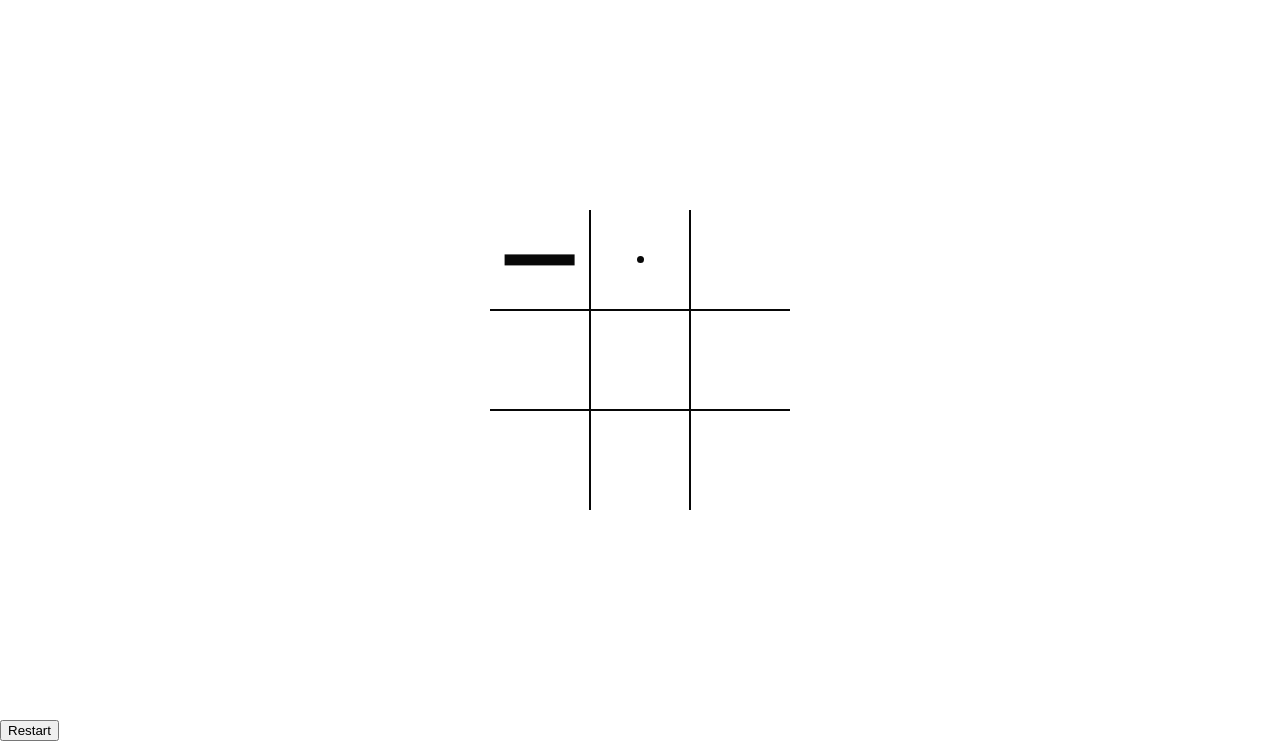
Repository: kkyler24/MCLA
Page: devFiles/TictactoeFiles/ticTacToe.html
An editor plug-in stored every save of this project. The page is shown before and after the next save, followed by the edit.
The browser window is 1280 px wide. The pictures show the whole page.

Above is the page before, as saved 2020-04-17 13:40:43.

After the next save:
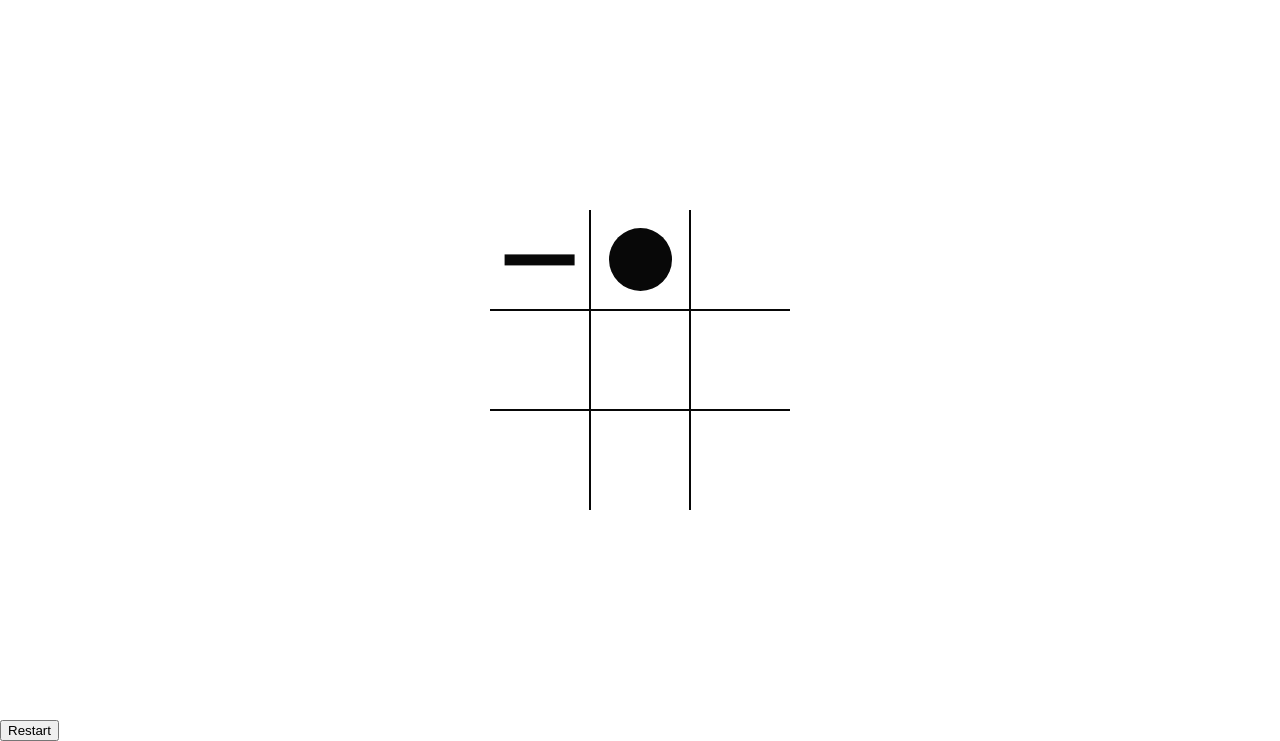
Saved 10 s later.
--- a/devFiles/TictactoeFiles/tictactoe.css
+++ b/devFiles/TictactoeFiles/tictactoe.css
@@ -65,10 +65,10 @@ body{
 .cellBOne.circle::after{
     content: "";
     position: absolute;
-    width: calc(var(--mark-size)*.10);
+    width: calc(var(--mark-size)*.9);
     /* controls the height of the cricles */
     /* transform: rotate(90deg); */
-    height: calc(var(--mark-size)*.10);
+    height: calc(var(--mark-size)*.9);
     background-color: rgb(8, 8, 8);
     /* controls how the dashes look */
     border-radius: 50%;
